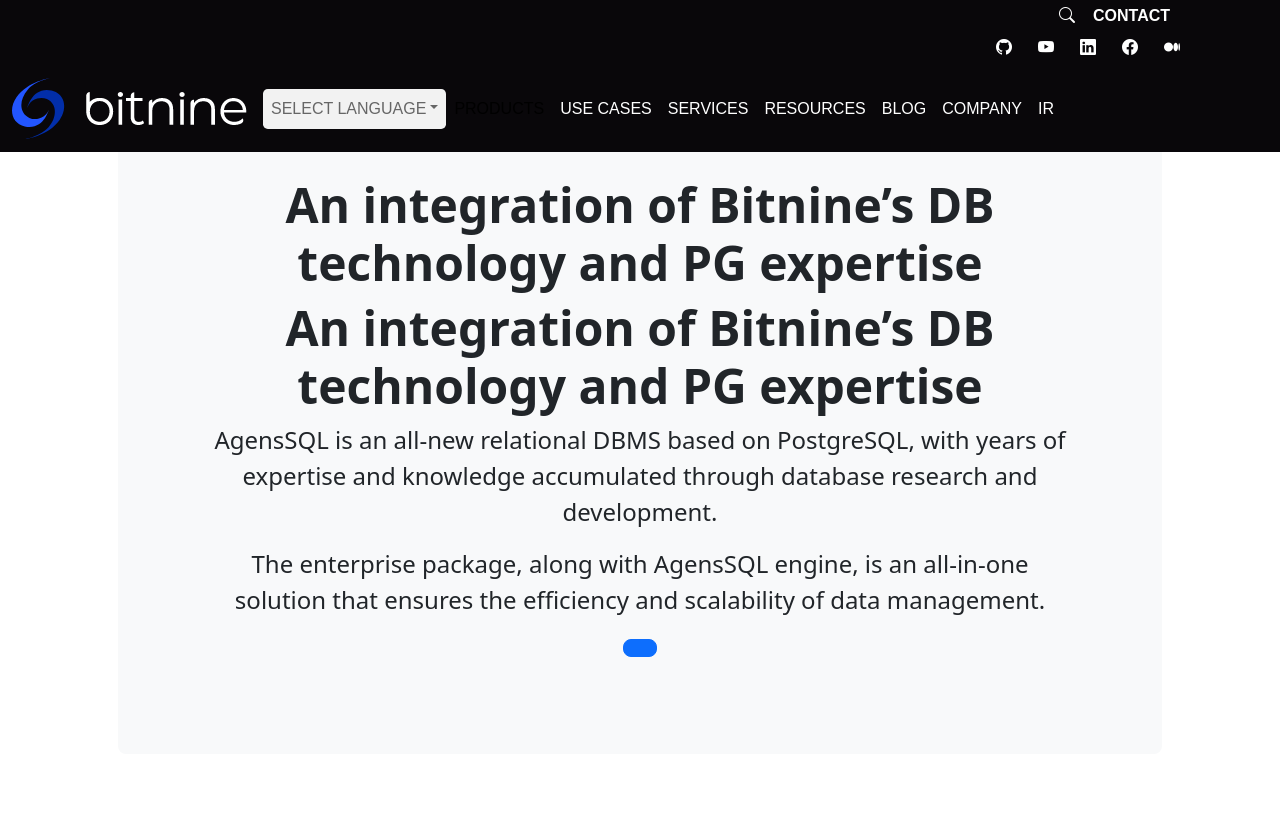
Repository: devblackie/signinpage
Page: /
These files come from the project's save history. The page is drawn as it stood at one moment and after the next save; the edit follows.
The browser window is 1280 px wide. The pictures show the whole page.
Some web fonts or font styles are not loaded; a fallback is used. The project was rebuilt for these pictures with package versions that can differ from the ones it lists, and the page was loaded fresh each time. Also part of the build but not shown: vite.config.js, src/components/Signup.jsx, src/components/Login.jsx, src/components/Dashboard.jsx, src/components/ProtectedDashboard.jsx.

Above is the page before, as saved 2023-08-28 13:30:32.

After the next save:
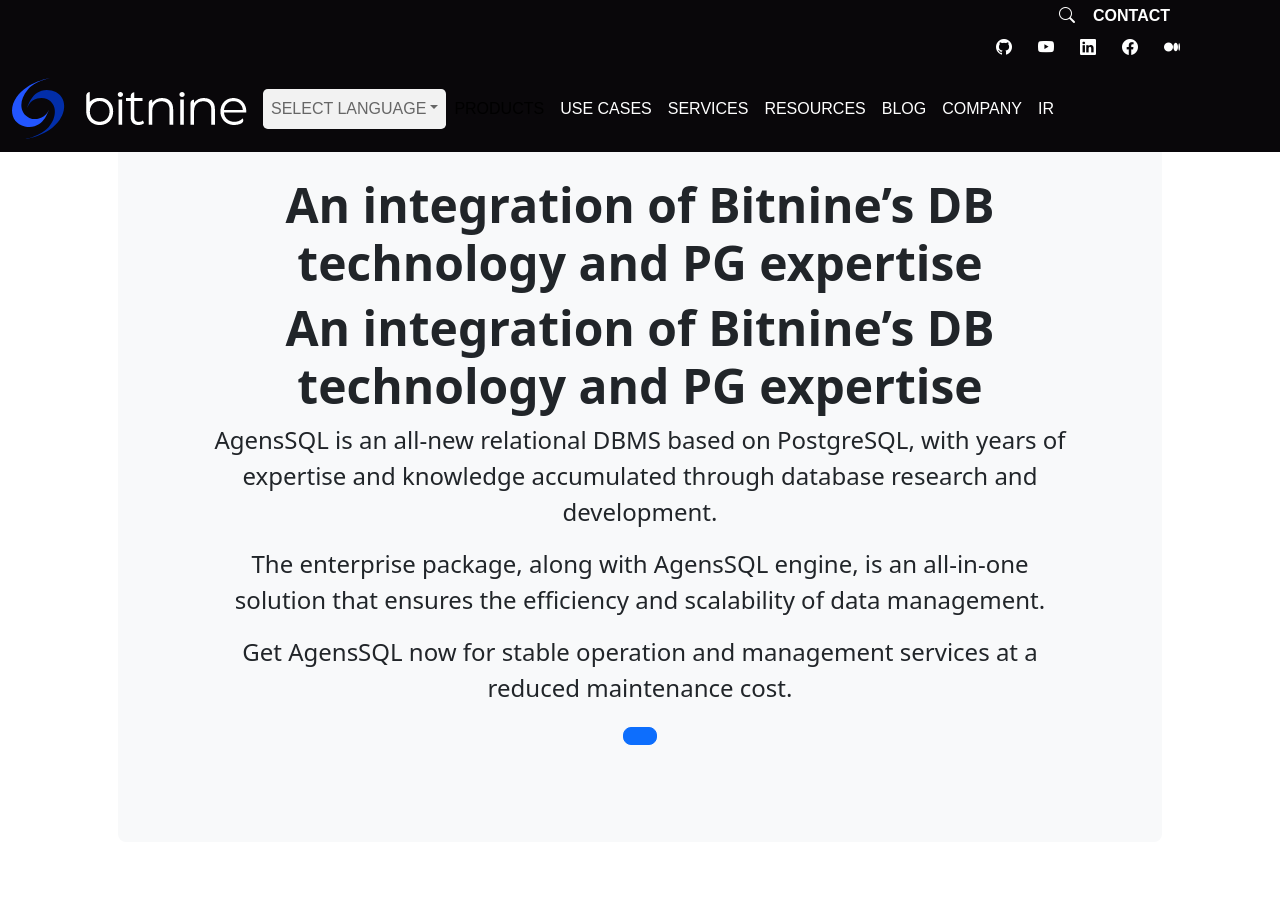
Saved 25 s later.
--- a/src/components/Home.jsx
+++ b/src/components/Home.jsx
@@ -16,7 +16,8 @@
 and knowledge accumulated through database research and development.</p>
               <p className="fs-4">The enterprise package, along with AgensSQL engine, is an all-in-one solution that ensures
 the efficiency and scalability of data management.</p>
-              <p className="fs-4"></p>
+              <p className="fs-4">Get AgensSQL now for stable operation and management services at a reduced
+maintenance cost.</p>
               <a href="" className="btn btn-primary btn-lg"></a>
             </div>
           </div>
